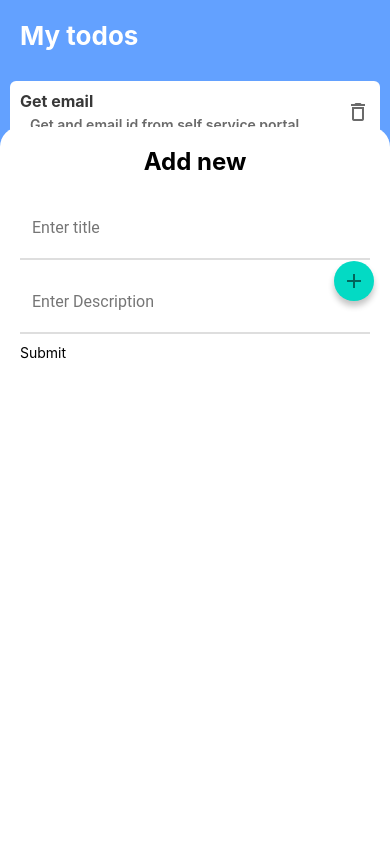
Repository: sadarsh216/Todo-App
Page: /, after clicking the first element matching `button.css-view-175oi2r`
An editor plug-in stored every save of this project. The page is shown before and after the next save, followed by the edit.
The browser window is 390 px wide. The pictures show the whole page.
The app was drawn by React Native's web renderer in a window 390 px wide. The project was rebuilt for these pictures with package versions that can differ from the ones it lists, and the page was loaded fresh each time.

Above is the page before, as saved 2021-10-09 14:32:36.

### App.tsx
import { StatusBar } from "expo-status-bar";
import React, { useRef } from "react";
import {
  SafeAreaView,
  ScrollView,
  StyleSheet,
  Text,
  TouchableWithoutFeedback,
  View,
  Animated,
  Easing,
} from "react-native";
import Todos from "./Pages/Todos";
import { FAB } from "react-native-paper";
import Modal from "./components/Modal";
import * as Animatable from "react-native-animatable";

export default function App() {
  const [showAdd, setAdd] = React.useState(false);

  return (
    <>
      <SafeAreaView>
        <View style={styles.container}>
          <ScrollView>
            <Text style={styles.heading}>My todos</Text>
            <Todos />
          </ScrollView>
          {showAdd && (
            <Animatable.View style={styles.modal} animation="fadeInUpBig">
              <TouchableWithoutFeedback onPress={() => alert("")}>
                <Modal />
              </TouchableWithoutFeedback>
            </Animatable.View>
          )}
        </View>
        <FAB
          style={styles.fab}
          small
          icon="plus"
          onPress={() => setAdd(!showAdd)}
        />
      </SafeAreaView>
    </>
  );
}

const styles = StyleSheet.create({
  container: {
    height: "100%",
    backgroundColor: "#63a1ff",
  },
  heading: {
    color: "white",
    fontSize: 26,
    fontWeight: "bold",
    margin: 20,
  },
  fab: {
    color: "#fff",
    position: "absolute",
    margin: 16,
    right: 0,
    bottom: 0,
  },
  modal: {
    position: "absolute",
    bottom: 0,
    height: "60%",
    width: "100%",
    display: "flex",
    backgroundColor: "white",
    borderTopRightRadius: 20,
    borderTopLeftRadius: 20,
    elevation: 4,
    padding: 10,
    // backgroundColor: "rgba(0,0,0,0.4)",
  },
});

### Pages/Todos.tsx
import React from "react";
import { View, Text, StyleSheet, TouchableOpacity } from "react-native";
import { MaterialCommunityIcons } from "@expo/vector-icons";

export default function Todos() {
  const [todos, setTodos] = React.useState([
    {
      title: "Get email",
      description: "Get and email id from self service portal",
      id: 0,
    },
    { title: "Test 1", description: "this is a test data for test 1", id: 1 },
    { title: "Test 2", description: "this is a test data for test 2 ", id: 2 },
  ]);
  const deleteTodo = () => {
    alert("deleted");
  };
  return (
    <>
      {todos.map((item, key) => (
        <View key={item.id} style={styles.card}>
          <View style={styles.details}>
            <Text style={styles.title}>{item.title}</Text>
            <Text style={styles.desc}>{item.description}</Text>
          </View>
          <View style={styles.deleteSection}>
            <TouchableOpacity onPress={deleteTodo}>
              <MaterialCommunityIcons
                name="delete-outline"
                size={24}
                color="#6a6a6a"
              />
            </TouchableOpacity>
          </View>
        </View>
      ))}
    </>
  );
}

const styles = StyleSheet.create({
  card: {
    display: "flex",
    flexDirection: "row",
    backgroundColor: "#fff",
    margin: 10,
    borderRadius: 6,
    elevation: 4,
    padding: 10,
  },
  title: {
    fontSize: 16,
    marginBottom: 5,
    fontWeight: "bold",
    color: "#383838",
  },
  desc: {
    paddingHorizontal: 10,
    fontWeight: "600",
    color: "#6a6a6a",
  },
  details: {
    flex: 2,
  },
  deleteSection: {
    justifyContent: "center",
  },
});

### components/Modal.tsx
import { Formik } from "formik";
import React from "react";
import { View, Text, StyleSheet, TouchableWithoutFeedback } from "react-native";
import { Colors, TextInput } from "react-native-paper";

export default function Modal() {
  return (
    <View>
      <Text style={styles.heading}>Add new</Text>
      <Formik
        initialValues={{ title: "", description: "", id: "" }}
        onSubmit={(values) => {
          // submit function
        }}
      >
        {(props) => (
          <View style={styles.formContainer}>
            <TextInput
              style={styles.input}
              placeholder="Enter title"
              onChangeText={props.handleChange("title")}
              value={props.values.title}
            />
            <TextInput
              style={styles.input}
              placeholder="Enter Description"
              onChangeText={props.handleChange("title")}
              value={props.values.title}
            />
            <TouchableWithoutFeedback
            //   style={styles.submitBtn}
              onPress={props.handleSubmit}
            >
              <Text>Submit</Text>
            </TouchableWithoutFeedback>
          </View>
        )}
      </Formik>
    </View>
  );
}

const styles = StyleSheet.create({
  heading: {
    textAlign: "center",
    fontWeight: "bold",
    fontSize: 24,
    margin: 10,
  },
    formContainer: {
      padding:10,
    justifyContent: "space-around",
  },
    input: {
        backgroundColor: 'transparent',
        marginBottom:10,
  },
    submitBtn: {
        // marginTop:10,
        // padding: 10,
        backgroundColor: 'tomato',
        // fontWeight: 'bold',
        // textTransform: 'uppercase',
        // textAlign: 'center',
        // color:'white'
  },
});

After the next save:
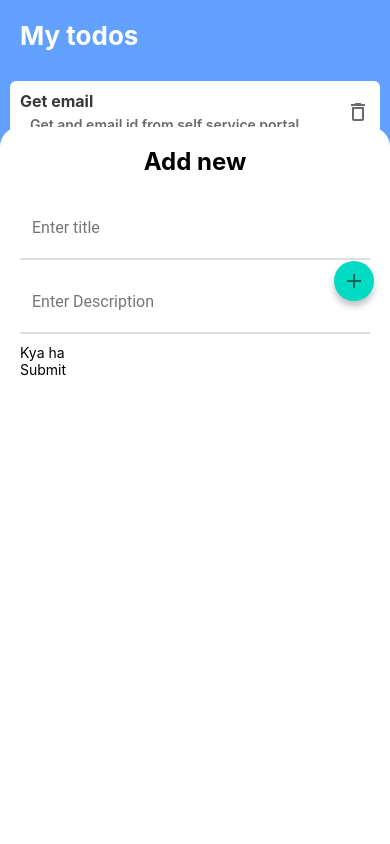
Saved 27 s later.
--- a/components/Modal.tsx
+++ b/components/Modal.tsx
@@ -26,7 +26,10 @@
               placeholder="Enter Description"
               onChangeText={props.handleChange("title")}
               value={props.values.title}
-            />
+                      />
+                      <TouchableWithoutFeedback>
+                          <Text>Kya ha</Text>
+                          </TouchableWithoutFeedback>
             <TouchableWithoutFeedback
             //   style={styles.submitBtn}
               onPress={props.handleSubmit}

After the save that followed:
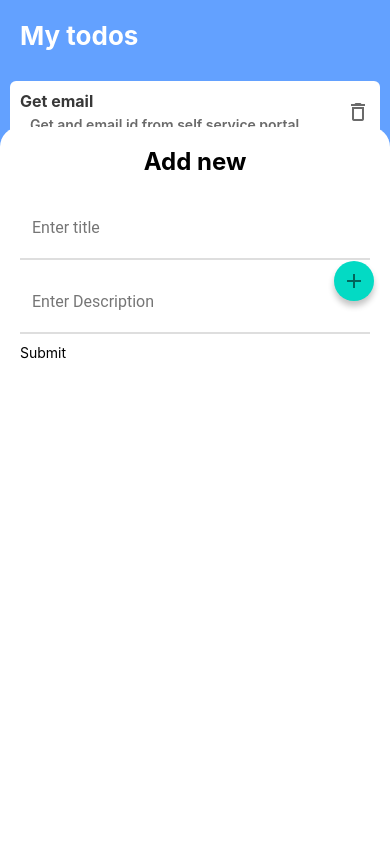
Saved 9 s later.
--- a/components/Modal.tsx
+++ b/components/Modal.tsx
@@ -27,9 +27,9 @@
               onChangeText={props.handleChange("title")}
               value={props.values.title}
                       />
-                      <TouchableWithoutFeedback>
+                      {/* <TouchableWithoutFeedback>
                           <Text>Kya ha</Text>
-                          </TouchableWithoutFeedback>
+                          </TouchableWithoutFeedback> */}
             <TouchableWithoutFeedback
             //   style={styles.submitBtn}
               onPress={props.handleSubmit}
